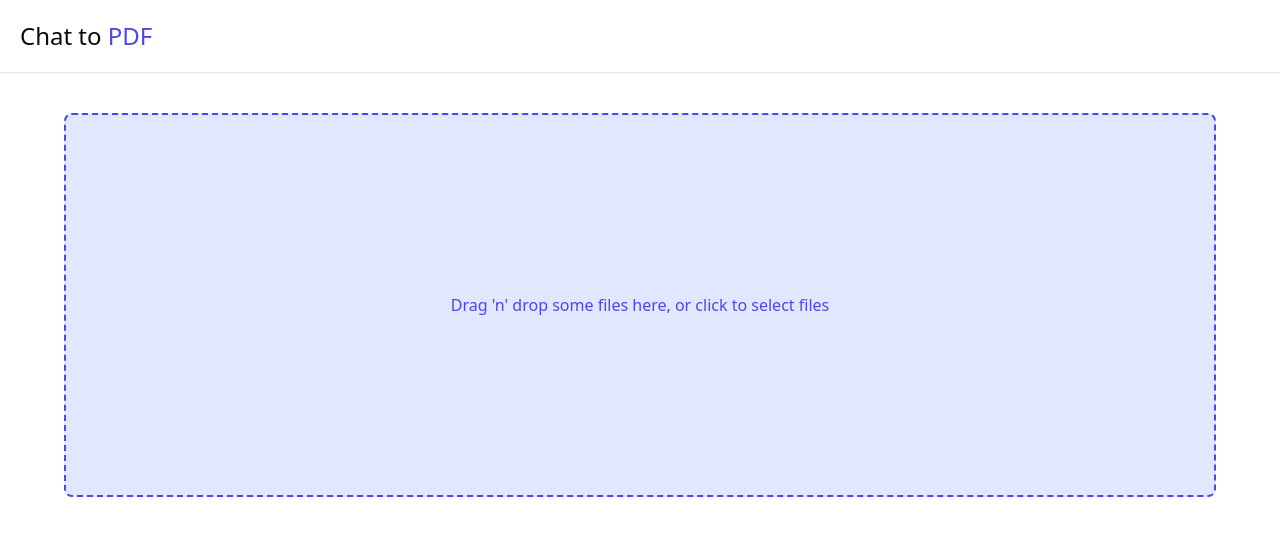
Repository: ankur28/chat-with-pdf
Page: /dashboard/upload
An editor plug-in stored every save of this project. The page is shown before and after a run of saves, followed by the edit.
The browser window is 1280 px wide. The pictures show the whole page.
The page's requests for data from a server got no answer. The project was rebuilt for these pictures with package versions that can differ from the ones it lists, and the page was loaded fresh each time. Some packages were replaced by stand-ins written for this rebuild. The framework's server and built-in components were replaced by stand-ins that run in the browser. No one was signed in, and anything a server would have sent is missing. Also part of the build but not shown: next.config.js, next.config.mjs, lib/utils.ts, components/ui/button.tsx.

Above is the page before, as saved 2024-07-24 19:39:41.

After the next 3 saves:
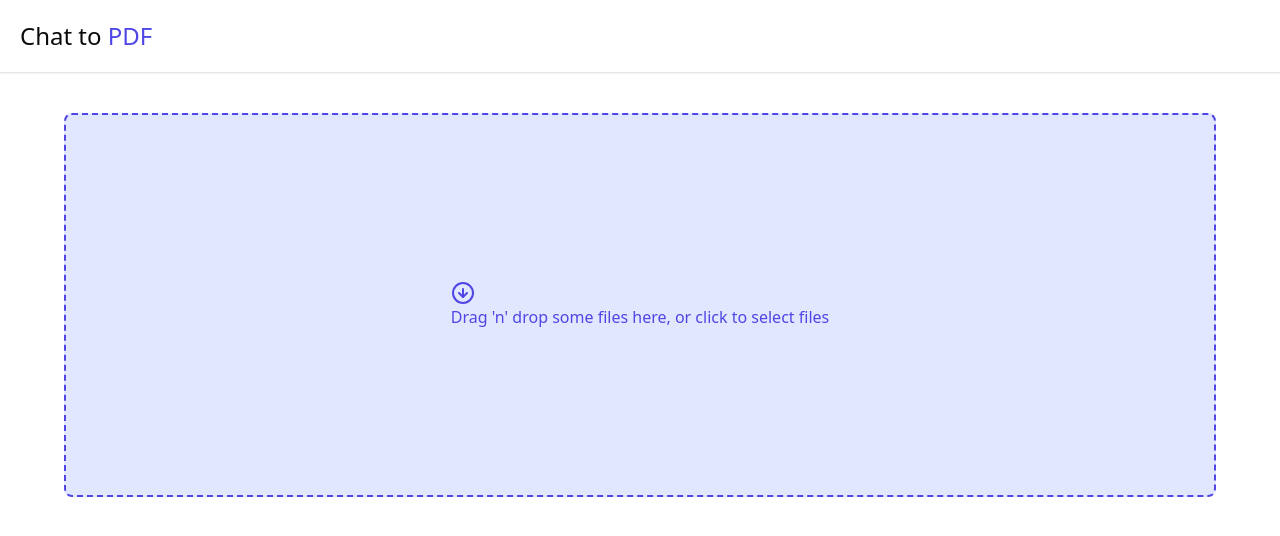
The 3 saves are shown as one change because they came seconds apart.
The last was saved 10 s later.
--- a/app/dashboard/upload/page.tsx
+++ b/app/dashboard/upload/page.tsx
@@ -34,7 +34,8 @@ function UploadPage() {
                     </>
                 ) : (
                     <>
-                <p>Drag 'n' drop some files here, or click to select files</p>
+                        <CircleArrowDown />
+                        <p>Drag 'n' drop some files here, or click to select files</p>
                     </>
                 )}
             </div>
